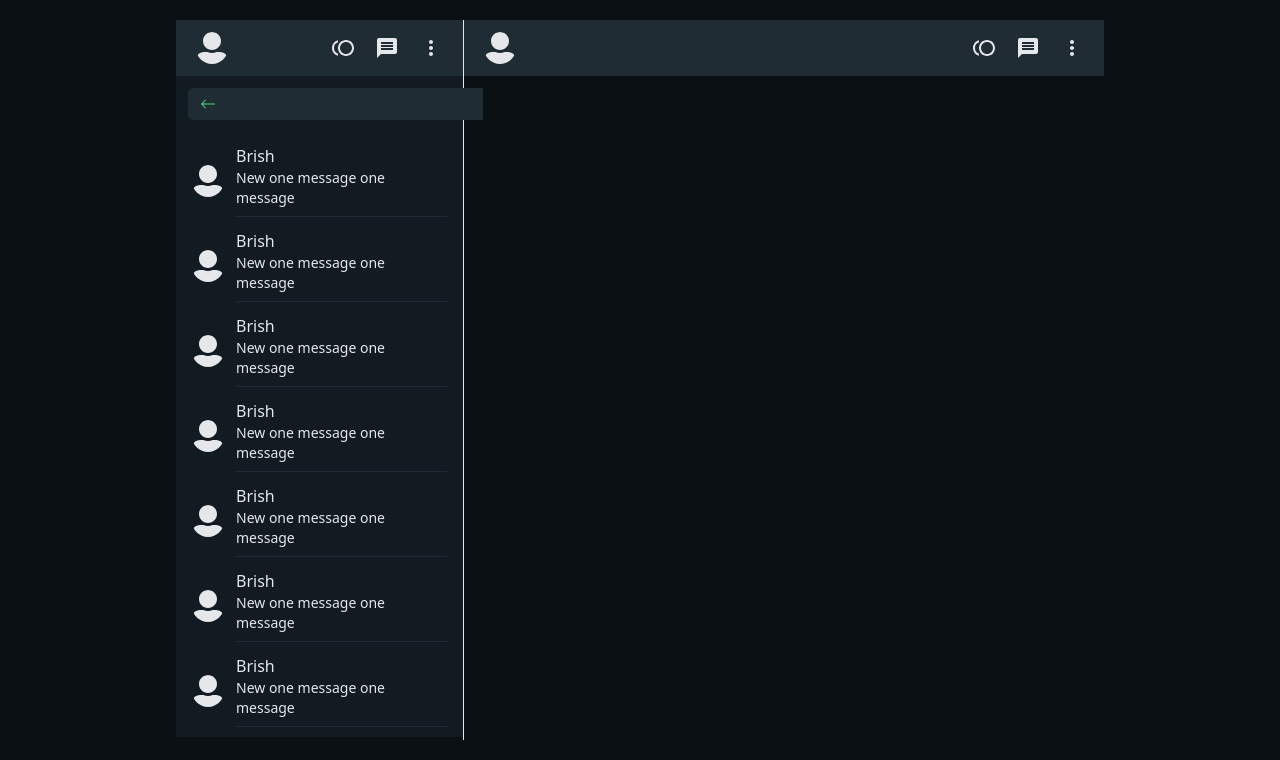
Repository: satya-ranjon/whatsapp-clone-dev
Page: /
These files come from the project's save history. The page is drawn as it stood at one moment and after the next save; the edit follows.
The browser window is 1280 px wide. The pictures show the whole page.
The project was rebuilt for these pictures with package versions that can differ from the ones it lists, and the page was loaded fresh each time.

Above is the page before, as saved 2022-04-09 07:37:12.

After the next save:
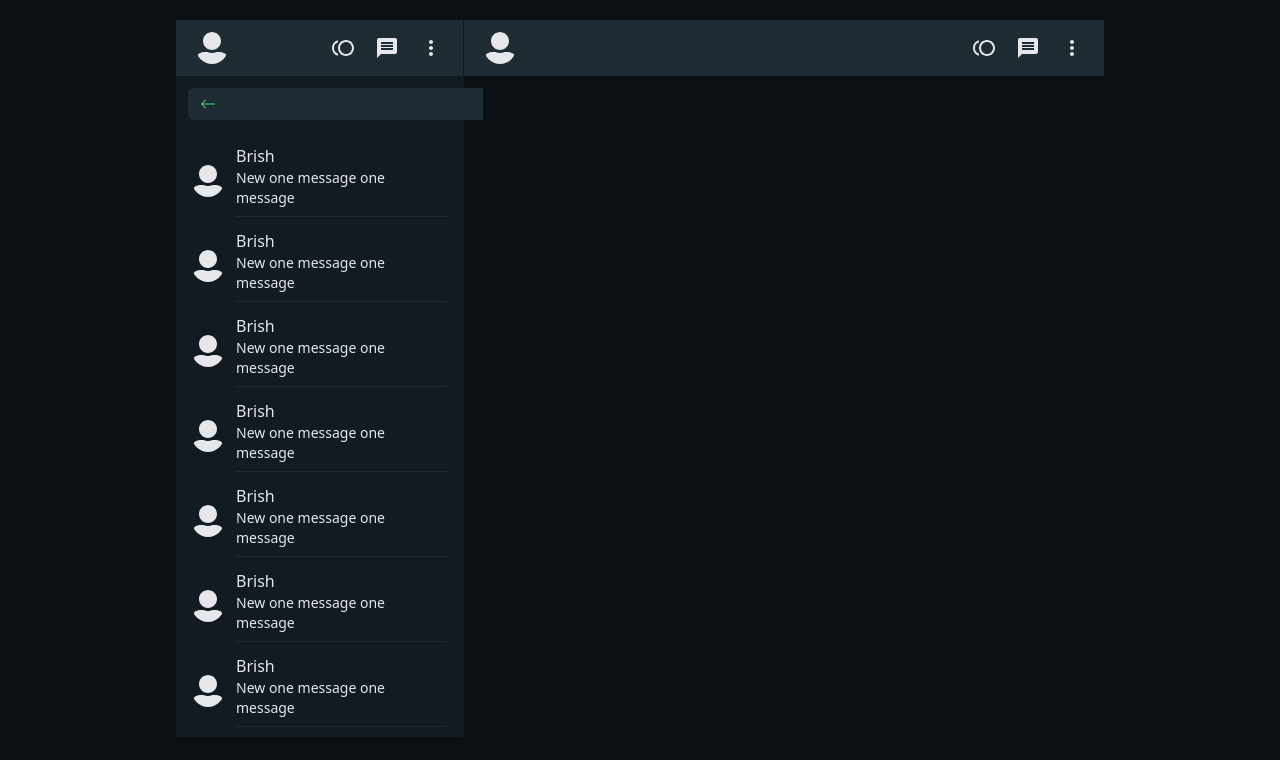
Saved 11 s later.
--- a/src/Components/SideBar.jsx
+++ b/src/Components/SideBar.jsx
@@ -5,7 +5,7 @@ import SideBarUseList from "./SideBarUseList";
 
 export default function SideBar() {
   return (
-    <div className="w-72 border-r-[.1px] border-b-neutral-900">
+    <div className="w-72 border-r-[.1px] border-r-neutral-900">
       <div className="flex justify-between font-semibold text-2xl px-5 py-3 bg-[#202c33] text-gray-200">
         <div>
           <FaUserAlt className="rounded-full w-8 h-8" />
